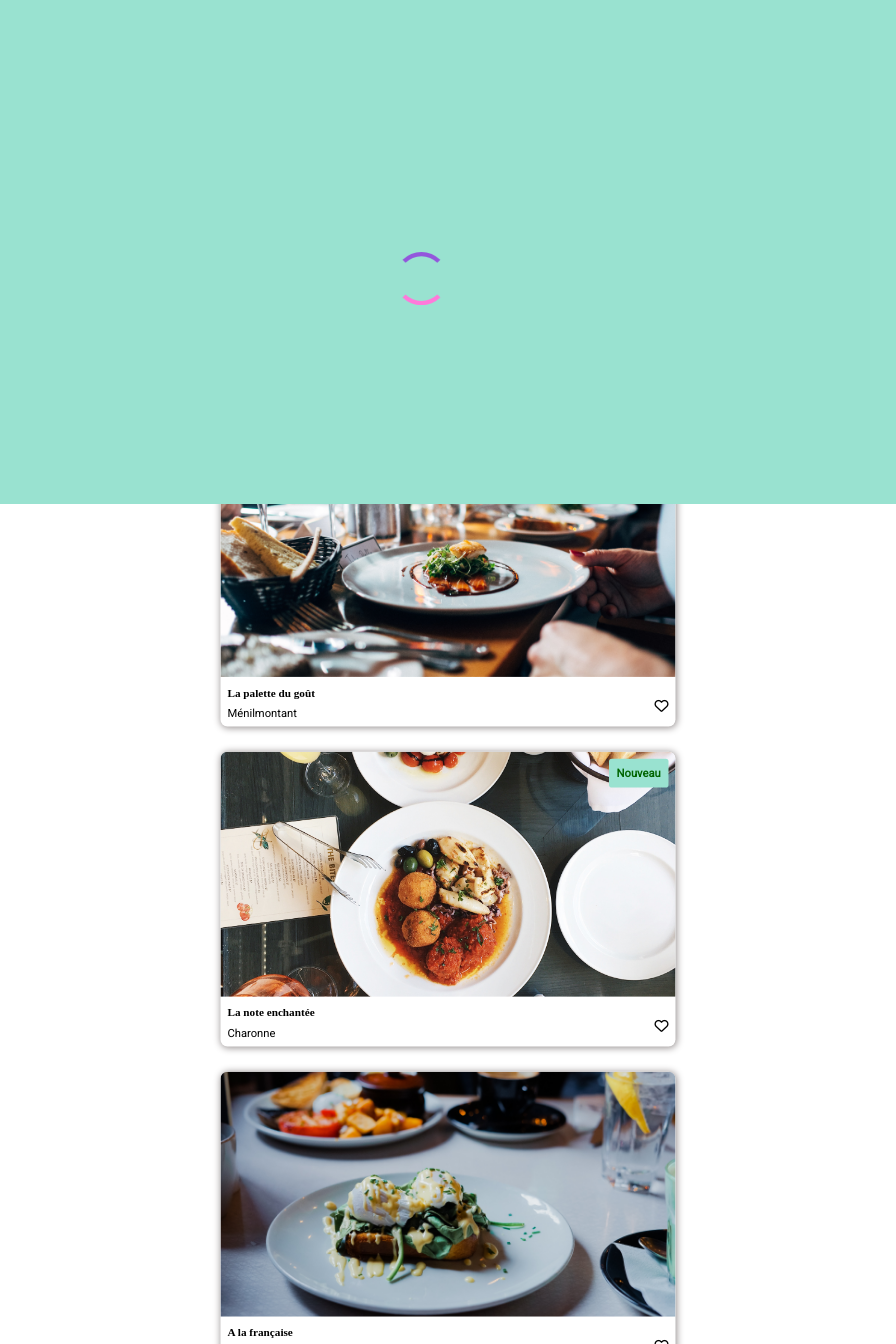
Repository: Micka-17/boimickael_3_16042021
Page: index.html
An editor plug-in stored every save of this project. The page is shown before and after a run of saves, followed by the edit.
The browser window is 1280 px wide. The pictures show the part of the page from y = 0 to 1920 px (the page is 2618 px tall), at 70% of full size.
Some web fonts or font styles are not loaded; a fallback is used. Some web libraries are served in a nearby version. The style sheet was rebuilt from its Sass, Less or Tailwind sources for each picture, by a compiler version that may differ from the author's.

Above is the page before, as saved 2021-05-26 10:44:35.

After the next 2 saves:
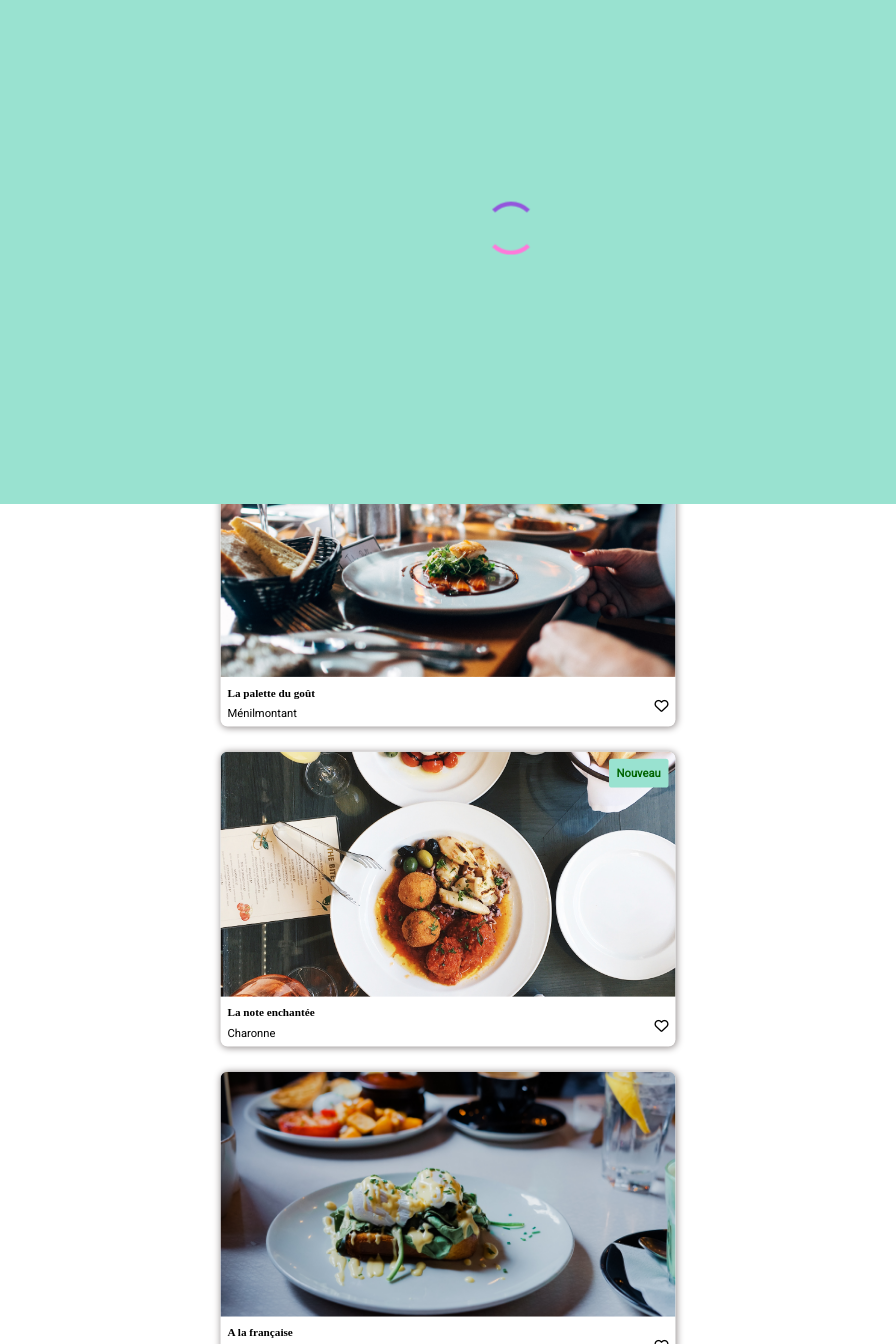
The 2 saves are shown as one change because they came seconds apart.
The last was saved 8 s later.
--- a/sass/style.scss
+++ b/sass/style.scss
@@ -30,8 +30,8 @@ ul {
 #loader {
     position: absolute;
     height: 70px;
-    top: 50%;
-    right: 50%;
+    top: 40%;
+    right: 40%;
     width: 64px;
     height: 64px;
     border-radius: 50%;
